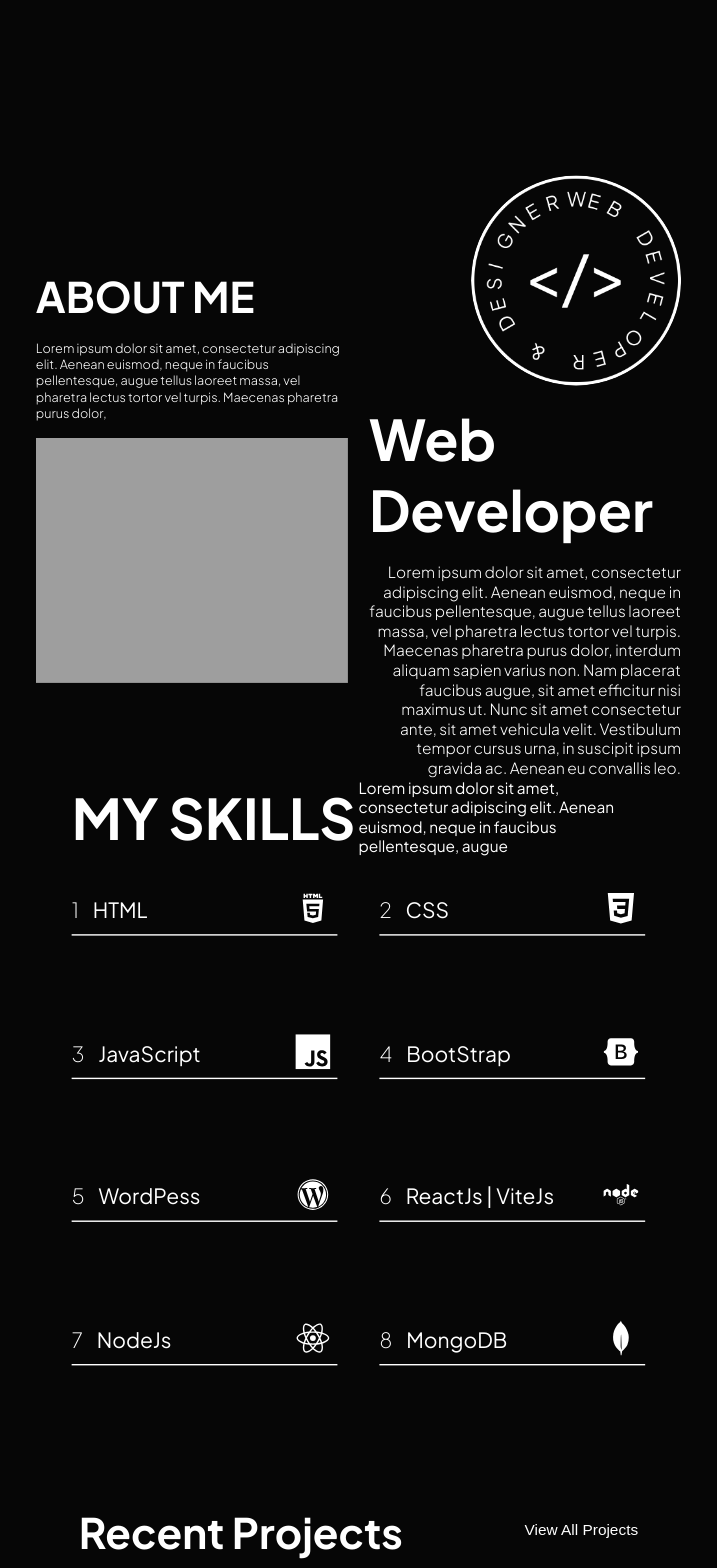
Repository: AliHassan02-Dev/PORTFOLIO
Page: / (app in Front-end/)
An editor plug-in stored every save of this project. The page is shown before and after the next save, followed by the edit.
The browser window is 1024 px wide. The pictures show the part of the page from y = 842 to 3082 px (the page is 3878 px tall before and 3818 px after), at 70% of full size.
Pictures or frames that could not be fetched are drawn as grey boxes. The project was rebuilt for these pictures with package versions that can differ from the ones it lists, and the page was loaded fresh each time. Also part of the build but not shown: Front-end/vite.config.js, Front-end/src/Pages/Projects.jsx, Front-end/src/Pages/AllProjects.jsx, Front-end/src/Components/ProjectPreview.jsx.

Above is the page before, as saved 2024-08-24 07:23:37.

### Front-end/src/main.jsx
import React from 'react'
import ReactDOM from 'react-dom/client'
import App from './App.jsx'
import './App.css'
import { BrowserRouter, Route, Routes } from 'react-router-dom'
import AllProjects from './Pages/AllProjects.jsx'
import ProjectPreview from './Components/ProjectPreview.jsx'

ReactDOM.createRoot(document.getElementById('root')).render(
  <>
    <BrowserRouter>
      <Routes>
        <Route path='/' element={<App />} />
        <Route path='/Projects' element={<AllProjects />} />
        <Route path='/projects/projectPreview' element={<ProjectPreview />} />
      </Routes>
    </BrowserRouter>
  </>
)

### Front-end/src/App.css
@import url("https://fonts.googleapis.com/css2?family=Plus+Jakarta+Sans:ital,wght@0,200..800;1,200..800&display=swap");
* {
  margin: 0;
  padding: 0;
  box-sizing: border-box;
}

body {
  width: 100%;
  height: 100%;
  background-color: #060606;
  color: white;
  font-family: "Plus Jakarta Sans", sans-serif;
}

.mainWrapper {
  width: 100%;
  height: 100%;
  position: relative;
  overflow: hidden;
}

/* HOME CONTAINER CSS */
.homeContainer {
  width: 100vw;
  height: 1000px;
  display: flex;
  flex-direction: column;
}

/* NAVBAR CSS */
/* MENU CSS */
.menu {
  width: 100%;
  height: 1000px;
  position: fixed;
  background-color: #060606;
  transform: translateY(-100%);
  z-index: 20;
  display: flex;
  justify-content: center;
  align-items: center;
  opacity: 0;
}

.menu .links {
  width: 100%;
  display: flex;
  justify-content: center;
  align-items: center;
  flex-direction: column;
  height: 100%;
  gap: 40px;
}

.menu .links a {
  color: white;
  font-size: 40px;
  font-weight: 400;
  text-decoration: none;
  position: relative;
  padding-bottom: 10px;
}
.menu .links a::before {
  content: "";
  position: absolute;
  width: 0%;
  height: 2px;
  background-color: white;
  bottom: 0;
  left: 50%;
  transform: translateX(-50%);
  transition: all 0.3s ease-out;
}
.menu .links a:hover::before {
  width: 100%;
}

.navBar {
  margin: 30px auto;
  width: 80%;
  display: flex;
  justify-content: space-between;
  align-items: center;
  padding: 0px 20px;
  position: relative;
  /* left: 50%;
  transform: translateX(-50%); */
  z-index: 25;
}

.navBar a {
  text-decoration: none;
  font-size: 25px;
  font-weight: 600;
  color: white;
}

.navBar .menuBtn,
.navBar .menuBtn-active {
  width: 30px;
  height: 30px;
  display: flex;
  justify-content: center;
  align-items: flex-end;
  flex-direction: column;
  overflow: hidden;
  cursor: pointer;
  transition: all 0.3s ease-in-out;
  opacity: 1 !important;
}
.navBar .menuBtn span,
.navBar .menuBtn-active span {
  width: 100%;
  height: 3px;
  background-color: white;
  border-radius: 20px;
  cursor: pointer;
  transition: all 0.3s ease-in-out;
  opacity: 1 !important;
}
.navBar .menuBtn #line1 {
  transform: translateY(-8px);
}
.navBar .menuBtn #line2 {
  width: 70%;
}
.navBar .menuBtn #line3 {
  width: 40%;
  transform: translateY(8px);
}
/* ACTIVE CLASSES */
.navBar .menuBtn-active {
  width: 30px;
  height: 30px;
  transition: all 0.3s ease-in-out;
}

.navBar .menuBtn-active #line1 {
  transform: translateY(5px) rotate(45deg) !important;
}
.navBar .menuBtn-active #line2 {
  width: 70%;
  transform: translateX(150%) !important;
}
.navBar .menuBtn-active #line3 {
  width: 100%;
  transform: translateY(-1px) rotate(-45deg) !important;
}

/* HERO SECTION CSS */
.homeContainer .heroContainer {
  width: 100%;
  height: 100%;
  display: flex;
  flex-direction: column;
  justify-content: center;
  align-items: center;
  position: relative;
}

.homeContainer .heroContainer h2 {
  font-size: 180px;
  font-weight: bold;
  position: absolute;
  text-wrap: nowrap;
}
.homeContainer .heroContainer .nonStroke {
  z-index: 5;
}
.homeContainer .heroContainer .strokeText1,
.homeContainer .heroContainer .strokeText2 {
  -webkit-text-stroke: 2px #fff;
  -webkit-text-fill-color: #060606;
  opacity: 0;
}
.homeContainer .heroContainer .strokeText1 {
  transform: translateY(0%);
}
.homeContainer .heroContainer .strokeText2 {
  transform: translateY(0%);
}

/* HERO SECTION RESPONSIVE CSS */

@media (max-width: 1200px) {
  .homeContainer .heroContainer h2 {
    font-size: 110px;
  }
}

@media (max-width: 967px) {
  .homeContainer .heroContainer h2 {
    font-size: 80px;
  }
}

@media (max-width: 767px) {
  .homeContainer .heroContainer h2 {
    font-size: 70px;
  }
}

@media (max-width: 567px) {
  .homeContainer .heroContainer h2 {
    font-size: 50px;
  }
}

/* HERO SECTION END */

/* ABOUT SECTION CSS */
.mainWrapper .aboutContainer {
  width: 80%;
  height: 1000px;
  display: flex;
  justify-content: center;
  align-items: center;
  margin: auto;
  gap: 30px;
}

.mainWrapper .aboutContainer .left,
.mainWrapper .aboutContainer .right {
  flex: 1;
  display: flex;
  flex-direction: column;
  gap: 25px;
  overflow: hidden;
}

.mainWrapper .aboutContainer .left h2 {
  color: white;
  font-size: 80px;
  font-weight: bold;
}

.mainWrapper .aboutContainer .left p {
  color: white;
  font-size: 22px;
  font-weight: 300;
}

.mainWrapper .aboutContainer .left .imageBox {
  width: 100%;
  height: 350px;
  background-image: url(./assets/2.jpg);
  background-position: center;
  background-repeat: no-repeat;
  background-size: cover;
  transform-origin: top;
}

.mainWrapper .aboutContainer .right {
  align-items: flex-end;
}

.mainWrapper .aboutContainer .right .circleImg {
  width: 300px;
  height: 300px;
  border-radius: 100%;
  background-image: url(./assets/circleText.png);
  background-position: center;
  background-repeat: no-repeat;
  background-size: cover;
}

.mainWrapper .aboutContainer .right h2 {
  color: white;
  font-size: 80px;
  font-weight: bold;
}

.mainWrapper .aboutContainer .right p {
  color: white;
  font-size: 22px;
  font-weight: 300;
  text-align: right;
}

/* ABOUT SECTION RESPONSIVE */

@media (max-width: 1200px) {
  .mainWrapper .aboutContainer {
    width: 90%;
    height: auto;
  }

  .mainWrapper .aboutContainer .left h2 {
    font-size: 60px;
  }

  .mainWrapper .aboutContainer .left p {
    font-size: 18px;
  }

  .mainWrapper .aboutContainer .left .imageBox {
    width: 100%;
    height: 350px;
    background-image: url(./assets/2.jpg);
    background-position: center;
    background-repeat: no-repeat;
    background-size: cover;
    transform-origin: top;
  }

  .mainWrapper .aboutContainer .right {
    align-items: flex-end;
  }

  .mainWrapper .aboutContainer .right .circleImg {
    width: 300px;
    height: 300px;
    border-radius: 100%;
    background-image: url(./assets/circleText.png);
    background-position: center;
    background-repeat: no-repeat;
    background-size: cover;
  }

  .mainWrapper .aboutContainer .right h2 {
    color: white;
    font-size: 80px;
    font-weight: bold;
  }

  .mainWrapper .aboutContainer .right p {
    color: white;
    font-size: 22px;
    font-weight: 300;
    text-align: right;
  }
}

/* ABOUT SECTION CSS END */

/* SKILLS SECTION CSS */
.mainWrapper .skillsContainer {
  width: 80%;
  height: 1000px;
  display: flex;
  justify-content: center;
  flex-direction: column;
  margin: auto;
  gap: 30px;
  overflow: hidden;
}

.mainWrapper .skillsContainer .top {
  width: 100%;
  display: flex;
  justify-content: space-between;
  align-items: center;
}

.mainWrapper .skillsContainer .top .left,
.mainWrapper .skillsContainer .top .right {
  flex: 1;
}

.mainWrapper .skillsContainer .top .left h2 {
  font-size: 80px;
  font-weight: bold;
  color: white;
}
.mainWrapper .skillsContainer .top .right p {
  font-size: 22px;
}

.mainWrapper .skillsContainer .bottom {
  width: 100%;
  display: flex;
  justify-content: space-between;
  align-items: flex-start;
  margin: 20px 0px;
}

.mainWrapper .skillsContainer .bottom {
  width: 100%;
  height: 100%;
  display: grid;
  grid-template-columns: 1fr 1fr;
  grid-template-rows: auto auto auto auto;
  gap: 0px 60px;
}
.mainWrapper .skillsContainer .bottom .skillBar {
  width: 100%;
  display: flex;
  justify-content: space-between;
  align-items: center;
  padding-bottom: 10px;
  position: relative;
  cursor: pointer;
}
.mainWrapper .skillsContainer .bottom .skillBar .left {
  display: flex;
  align-items: center;
  gap: 20px;
}

.mainWrapper .skillsContainer .bottom .skillBar .left p {
  color: white;
  font-size: 30px;
  font-weight: 200;
}
.mainWrapper .skillsContainer .bottom .skillBar .left h2 {
  color: white;
  font-size: 30px;
  font-weight: 400;
}

.mainWrapper .skillsContainer .bottom .skillBar .right .skillLogo {
  font-size: 50px;
  color: white;
  margin-right: 10px;
}

/* PROJECTS SECTION CSS */
.mainWrapper .projectContainer {
  width: 80%;
  height: 1000px;
  display: flex;
  justify-content: center;
  flex-direction: column;
  margin: auto;
  gap: 30px;
}

.mainWrapper .projectContainer .top {
  width: 100%;
  display: flex;
  justify-content: space-between;
  align-items: center;
}

.mainWrapper .projectContainer .top .left,
.mainWrapper .projectContainer .top .right {
  flex: 1;
}

.mainWrapper .projectContainer .top .left h2 {
  font-size: 80px;
  font-weight: bold;
  color: white;
}
.mainWrapper .projectContainer .top .right p {
  font-size: 22px;
}

.mainWrapper .projectContainer .bottom {
  width: 100%;
  display: flex;
  margin-top: 50px;
}

.mainWrapper .projectContainer .bottom {
  display: flex;
  flex-direction: column;
  overflow: hidden;
  gap: 100px;
}

.mainWrapper .projectContainer .bottom .projectBar {
  display: flex;
  justify-content: space-between;
  align-items: center;
  padding-bottom: 5px;
  position: relative;
  cursor: pointer;
  cursor: pointer;
}
.line {
  width: 100%;
  height: 2px;
  background-color: white;
  position: absolute;
  bottom: 0;
  left: 0;
}
.projectLine {
  width: 100%;
  height: 2px;
  background-color: white;
  position: absolute;
  bottom: 0;
  left: 0;
}
.mainWrapper .projectContainer .bottom .projectBar .left {
  display: flex;
  align-items: center;
  gap: 20px;
}

.mainWrapper .projectContainer .bottom .projectBar .left p {
  color: white;
  font-size: 30px;
  font-weight: 200;
}
.mainWrapper .projectContainer .bottom .projectBar .left h2 {
  color: white;
  font-size: 30px;
  font-weight: 400;
}

.mainWrapper .projectContainer .bottom .projectBar .right .arrow {
  font-size: 30px;
  color: white;
  margin-right: 10px;
  transform: rotate(-40deg);
}

/* HORIZONTAL SCROLING CSS */

.aboutSection,
.skillsSection,
.projectSection {
  width: 100vw;
  height: 1000px;
}

.aboutSection {
  background-color: burlywood;
}

.skillsSection {
  background-color: peru;
}

.projectSection {
  background-color: palegoldenrod;
}

.horizontalScrolling {
  display: flex;
  flex-wrap: nowrap;
}

/* .containers {
  position: absolute;
  top: 0 !important;
  left: 50% !important;
  transform: translateX(100%) !important;
} */

/* RIBBONS SECTION CSS */
.mainWrapper .ribbonContainer {
  width: 100%;
  display: flex;
  align-items: center;
  margin: 50px 0px;
}

.mainWrapper .ribbonContainer p {
  color: white;
  font-size: 80px;
  font-weight: bold;
  text-wrap: nowrap;
}
.mainWrapper .ribbonContainer span {
  -webkit-text-stroke: 1px #fff;
  -webkit-text-fill-color: #060606;
}

/* FOOTER SECTION CSS */
.footer {
  width: 100%;
  display: flex;
  justify-content: space-between;
  align-items: center;
  width: 80%;
  margin: 40px auto;
}

.footer .left {
  display: flex;
  flex-direction: column;
  gap: 20px;
}

.footer .left .socialLinks {
  display: flex;
  align-items: center;
  gap: 20px;
}
.footer .left .socialLinks a {
  font-size: 20px;
  font-weight: 400;
  color: white;
  text-decoration: none;
}
.footer .left p {
  color: white;
  font-size: 18px;
  font-weight: 200;
}

.footer .right h2 {
  font-size: 40px;
  font-weight: 600;
  color: white;
  cursor: pointer;
}

/* ALL PROJECTS PAGE CSS */
.projectsContainer {
  width: 80%;
  height: 100%;
  margin: auto;
  padding: 40px 10px;
}

.projectsContainer .topBar {
  width: 100%;
  display: flex;
  justify-content: space-between;
  align-items: center;
}

.projectsContainer .topBar .left h2 {
  font-size: 60px;
  font-weight: bold;
  color: white;
}

.projectsContainer .topBar .right button {
  background: none;
  border: none;
  outline: none;
  position: relative;
  overflow: hidden;
}

.projectsContainer .topBar .right button a {
  color: white;
  font-size: 22px;
  font-weight: 400;
  text-decoration: none;
  position: relative;
  display: block;
  padding-bottom: 5px;
  transition: 0.3s transform linear;
}
.projectsContainer .topBar .right button a::before {
  content: "";
  position: absolute;
  width: 100%;
  height: 2px;
  background-color: white;
  bottom: 0%;
  transform: translateX(200%);
  display: block;
  transition: 0.3s transform linear;
}
.projectsContainer .topBar .right button:hover a::before {
  transform: translateX(0%);
  transition: 0.3s transform linear;
}

.projectsContainer .hdg {
  font-size: 60px;
  font-weight: bold;
  color: white;
}

.projectsContainer .projectsWrapper {
  width: 100%;
  height: 100%;
  display: grid;
  grid-template-columns: 1fr 1fr 1fr;
  gap: 25px;
  margin: 50px 0px;
}

.projectsContainer .projectsWrapper .projectBox {
  width: 100%;
  max-width: 520px;
  height: 520px;
  margin-bottom: 20px;
}

.projectsContainer .projectsWrapper .projectBox .thumbnail {
  width: 100%;
  height: 100%;
  position: relative;
  overflow: hidden;
}

.projectsContainer .projectsWrapper .projectBox .thumbnail img {
  width: 100%;
  height: 100%;
  object-fit: cover;
  border-radius: 10px;
}

.projectsContainer .projectsWrapper .projectBox .thumbnail .overlay {
  width: 100%;
  height: 100%;
  display: flex;
  justify-content: center;
  align-items: center;
  gap: 40px;
  background-color: rgba(0, 0, 0, 0.6);
  position: absolute;
  top: -100%;
  transition: all 0.3s ease-in-out;
  border-radius: 10px;
}
.projectsContainer .projectsWrapper .projectBox .thumbnail:hover .overlay {
  top: 0;
}

.projectsContainer .projectsWrapper .projectBox .thumbnail .overlay .iconBox {
  display: flex;
  justify-content: center;
  align-items: center;
  padding: 15px;
  border-radius: 100%;
  cursor: pointer;
  transition: all 0.3s ease-in-out;
}
.projectsContainer
  .projectsWrapper
  .projectBox
  .thumbnail
  .overlay
  .iconBox:hover {
  background-color: rgba(255, 255, 255, 0.25);
  backdrop-filter: blur(20px);
}

.projectsContainer .projectsWrapper .projectBox .thumbnail .overlay .linkIcon {
  font-size: 25px;
  color: white;
}

/* PROJECT DETAILS CSS */
.projectDetails {
  width: 80%;
  height: 100%;
  display: flex;
  justify-content: space-between;
  margin: 40px auto;
  gap: 40px;
}

.projectDetails .left {
  flex: 2;
}

.projectDetails .left img {
  width: 100%;
}

.projectDetails .right {
  flex: 1;
  display: flex;
  flex-direction: column;
  gap: 40px;
  margin: 20px 0px;
}

.projectDetails .right .projectContent {
  width: 100%;
  padding: 20px;
  display: flex;
  flex-direction: column;
  gap: 20px;
  border-bottom: 1px solid rgba(255, 255, 255, 0.45);
}

.projectDetails .right .projectContent h2 {
  color: white;
  font-size: 25px;
  font-weight: 600;
}

.projectDetails .right .projectContent p {
  color: white;
  font-size: 20px;
  font-weight: 400;
}

.projectDetails .right .projectTechnology {
  border-bottom: 1px solid rgba(255, 255, 255, 0.45);
  width: 100%;
  padding: 20px;
  display: flex;
  justify-content: center;
  flex-direction: column;
  gap: 20px;
}

.projectDetails .right .projectTechnology h2 {
  color: white;
  font-size: 24px;
  font-weight: 600;
}

.projectDetails .right .projectTechnology .icons {
  display: flex;
  align-items: center;
  gap: 40px;
  flex-wrap: wrap;
}

.projectDetails .right .projectTechnology .techName {
  color: white;
  font-size: 60px;
  cursor: pointer;
  padding: 8px;
  transition: 0.3s ease-in-out;
}

.techName {
  color: white;
  font-size: 40px;
  cursor: pointer;
  padding: 8px;
  transition: 0.3s ease-in-out;
}

/* SKILL LOGOS COLOR */
.projectDetails .right .projectTechnology .techName:hover.html {
  background-color: #f16529;
  padding: 8px;
  border-radius: 5px;
}
.projectDetails .right .projectTechnology .techName:hover.css {
  background-color: #264de4;
  padding: 8px;
  border-radius: 5px;
}
.projectDetails .right .projectTechnology .techName:hover.js {
  color: #f7e018 !important;
  padding: 8px;
}
.projectDetails .right .projectTechnology .techName:hover.react {
  background-color: #61dbfb;
  padding: 8px;
  border-radius: 5px;
}
.projectDetails .right .projectTechnology .techName:hover.wordpress {
  background-color: #21759b;
  padding: 8px;
  border-radius: 5px;
}
.projectDetails .right .projectTechnology .techName:hover.node,
.projectDetails .right .projectTechnology .techName:hover.mongodb {
  background-color: #539e43;
  padding: 8px;
  border-radius: 5px;
}
.projectDetails .right .projectTechnology .techName:hover.vite {
  background: linear-gradient(
    90deg,
    rgba(88, 194, 254, 1) 0%,
    rgba(175, 83, 255, 1) 100%
  );
  padding: 8px;
  border-radius: 5px;
}

.techName:hover.figma {
  background: linear-gradient(
    180deg,
    rgba(242, 78, 30, 1) 0%,
    rgba(255, 114, 98, 1) 25%,
    rgba(162, 89, 255, 1) 50%,
    rgba(26, 188, 254, 1) 75%,
    rgba(10, 207, 131, 1) 100%
  );
  padding: 8px;
  border-radius: 5px;
}
.techName:hover.website {
  background: gray;
  padding: 8px;
  border-radius: 5px;
}

.projectDetails .right .links {
  border-bottom: 1px solid rgba(255, 255, 255, 0.45);
  width: 100%;
  padding: 20px;
  display: flex;
  flex-direction: column;
  justify-content: center;
  gap: 20px;
}

.projectDetails .right .links h2 {
  color: white;
  font-size: 24px;
  font-weight: 600;
}

.projectDetails .right .links .icons {
  display: flex;
  align-items: center;
  flex-direction: row;
  gap: 20px;
}

.projectDetails .right .links .linkIcon {
  color: white;
  font-size: 50px;
  padding: 10px;
  border-radius: 100%;
  cursor: pointer;
  transition: 0.3s ease-in-out;
}
.projectDetails .right .links .linkIcon:hover {
  background-color: rgba(255, 255, 255, 0.25);
  backdrop-filter: blur(20px);
}

### Front-end/src/Pages/Home.jsx
import React from 'react'
import { useGSAP } from '@gsap/react';
import gsap from 'gsap';
import { ScrollTrigger } from 'gsap/ScrollTrigger';
import Navbar from '../Components/Navbar';
gsap.registerPlugin(ScrollTrigger);

const Home = () => {

    // useGSAP(() => {
    //     // HOME SECTION ANIMATIONS

    //     let tlHome = gsap.timeline({
    //         scrollTrigger: {
    //             trigger: '.homeContainer',
    //             scoller: 'body',
    //             markers: true,
    //             start: 'top 0%',
    //             end: 'top -100%',
    //             scrub: 1,
    //             pin: true,
    //         }
    //     })

    //     tlHome.from('.homeContainer .heroContainer .nonStroke', {
    //         opacity: 0,
    //         duration: 1,
    //     })
    //     tlHome.to('.homeContainer .heroContainer .strokeText1', {
    //         transform: 'translateY(-80%)',
    //         opacity: 1,
    //         duration: 1,
    //     })
    //     tlHome.to('.homeContainer .heroContainer .strokeText2', {
    //         transform: 'translateY(80%)',
    //         opacity: 1,
    //         duration: 1,
    //     })
    // })

    return (
        <div className='homeContainer'>
            {/* <Navbar /> */}
            <div className="heroContainer">
                <h2 className='strokeText1'>WEB DEVELOPER</h2>
                <h2 className='nonStroke'>ALI HASSAN</h2>
                <h2 className='strokeText2'>WEB DESIGNER</h2>
            </div>
        </div>
    )
}

export default Home

### Front-end/src/Components/Footer.jsx
import React from "react";

const Footer = () => {
  return (
    <div className="footer">
      <div className="left">
        <p>All Rights Reserved By AHS 2024</p>
      </div>
      <div className="right">
        <h2>LET'S TALK</h2>
      </div>
    </div>
  );
};

export default Footer;

### Front-end/src/Components/Navbar.jsx
import React, { useEffect, useState } from 'react'
import { useGSAP } from '@gsap/react';
import gsap from 'gsap';
import { ScrollTrigger } from 'gsap/ScrollTrigger';
gsap.registerPlugin(ScrollTrigger)

const Navbar = ({ setClickedOnOpen, clickedOnOpen }) => {

    const handleClick = () => {
        setClickedOnOpen(!clickedOnOpen)
    }
    // useGSAP(() => {
    //     gsap.from('.navBar a', {
    //         transform: 'translateY(-10px)',
    //         opacity: 0,
    //         duration: 0.5,
    //         delay: 0.5
    //     })
    //     gsap.from('.navBar .menuBtn, .navBar .menuBtn-active', {
    //         transform: 'translateY(-10px)',
    //         opacity: 0,
    //         duration: 0.5,
    //         delay: 0.8
    //     })
    //     gsap.from('.navBar .menuBtn span, .navBar .menuBtn-active span', {
    //         transform: 'translateX(200px)',
    //         opacity: 0,
    //         duration: 0.5,
    //         delay: 1,
    //         stagger: 0.3
    //     })
    // })
    return (
        <div className='navBar'>
            {/* <div className="left"> */}
            <a href="">PORTFOLIO</a>
            {/* </div> */}
            {/* <div className="right"> */}
            <div className={`${clickedOnOpen ? 'menuBtn-active' : 'menuBtn'}`} onClick={handleClick}>
                <span id='line1'></span>
                <span id='line2'></span>
                <span id='line3'></span>
                {/* </div> */}
            </div>
        </div>
    )
}

export default Navbar

### Front-end/src/Components/ProjectsBox.jsx
import React from "react";
import { GoLink } from "react-icons/go";
import { FaArrowUpRightFromSquare } from "react-icons/fa6";
import { projectsData } from "../data";
import { Link, useNavigate } from "react-router-dom";

const ProjectsBox = () => {
  const navigate = useNavigate();

  return (
    <div className="projectsWrapper">
      {projectsData?.map((projects) => {
        return (
          <div className="projectBox">
            <div className="thumbnail">
              <img src={projects?.thumbnail} alt="" />
              <div className="overlay">
                <div className="iconBox">
                  <Link target={"_blank"} to={projects?.websiteLink}>
                    <GoLink className="linkIcon" />
                  </Link>
                </div>
                <div
                  className="iconBox"
                  onClick={() =>
                    navigate("/projects/projectPreview", { state: projects })
                  }
                >
                  <FaArrowUpRightFromSquare className="linkIcon" />
                </div>
              </div>
            </div>
          </div>
        );
      })}
    </div>
  );
};
export default ProjectsBox;

Loaded but not shown: Front-end/index.html (common file); Front-end/src/data.js (59 lines, source omitted); Front-end/src/Pages/Skills.jsx (169 lines, source omitted); Front-end/src/Pages/About.jsx (80 lines, source omitted); Front-end/src/App.jsx (87 lines, source omitted)

After the next save:
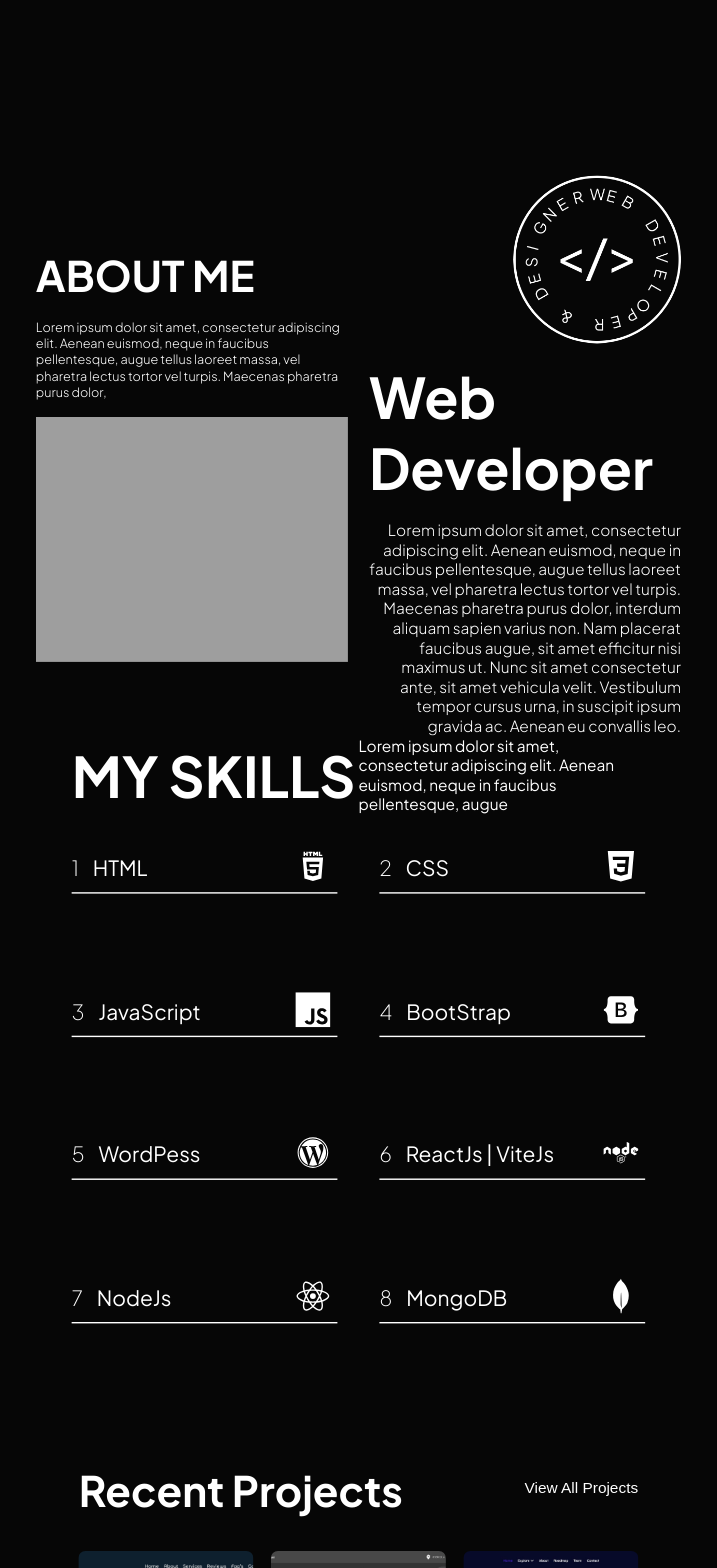
Saved 44 s later.
--- a/Front-end/src/App.css
+++ b/Front-end/src/App.css
@@ -304,13 +304,9 @@ body {
     transform-origin: top;
   }
 
-  .mainWrapper .aboutContainer .right {
-    align-items: flex-end;
-  }
-
   .mainWrapper .aboutContainer .right .circleImg {
-    width: 300px;
-    height: 300px;
+    width: 240px;
+    height: 240px;
     border-radius: 100%;
     background-image: url(./assets/circleText.png);
     background-position: center;
